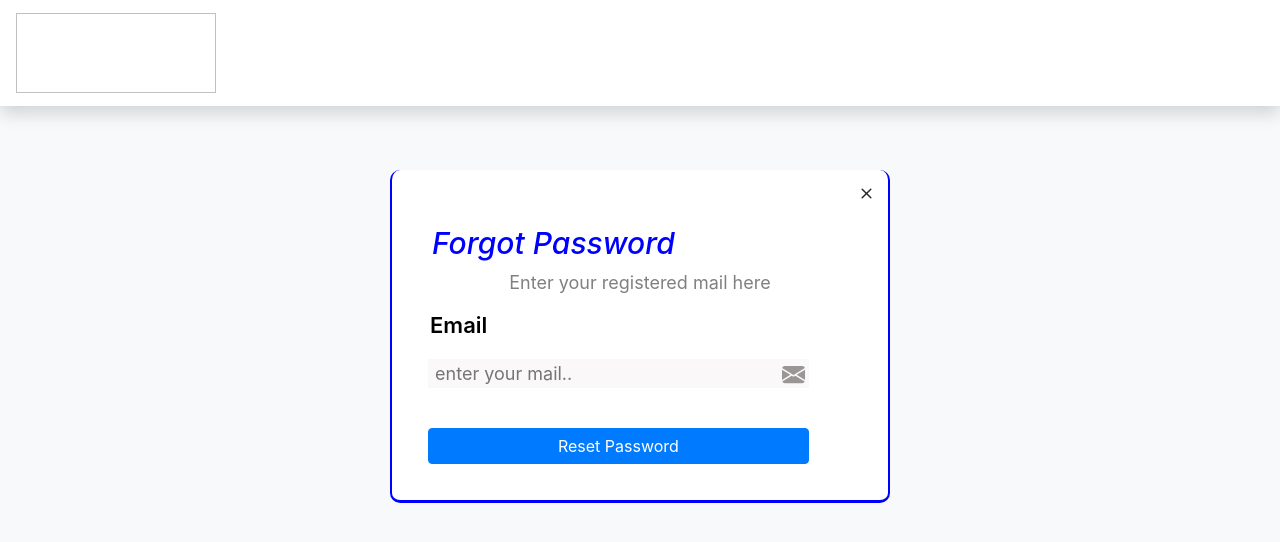
Repository: siri548/Karyakartha
Page: forgotPage.html
These files come from the project's save history. The page is drawn as it stood at one moment and after a run of saves; the edit follows.
The browser window is 1280 px wide. The pictures show the whole page.
Pictures or frames that could not be fetched are drawn as grey boxes.

Above is the page before, as saved 2023-11-05 08:57:09.
Console error (its wording comes from the project's code and is left out).

### forgotPage.html
<!DOCTYPE html>
<html lang="en">

<head>
    <meta charset="UTF-8">
    <meta name="viewport" content="width=device-width, initial-scale=1.0">
    <link rel="stylesheet" href="https://cdn.jsdelivr.net/npm/bootstrap@4.6.2/dist/css/bootstrap.min.css">
    <script src="https://cdn.jsdelivr.net/npm/bootstrap@4.6.2/dist/js/bootstrap.bundle.min.js" integrity="sha384-Fy6S3B9q64WdZWQUiU+q4/2Lc9npb8tCaSX9FK7E8HnRr0Jz8D6OP9dO5Vg3Q9ct" crossorigin="anonymous"></script>
    <script src="https://cdn.jsdelivr.net/npm/jquery@3.5.1/dist/jquery.slim.min.js" integrity="sha384-DfXdz2htPH0lsSSs5nCTpuj/zy4C+OGpamoFVy38MVBnE+IbbVYUew+OrCXaRkfj" crossorigin="anonymous"></script>
    <script src="https://cdn.jsdelivr.net/npm/popper.js@1.16.1/dist/umd/popper.min.js" integrity="sha384-9/reFTGAW83EW2RDu2S0VKaIzap3H66lZH81PoYlFhbGU+6BZp6G7niu735Sk7lN" crossorigin="anonymous"></script>

    <link rel="stylesheet" href="https://fonts.googleapis.com/css?family=Audiowide">

    <link rel="stylesheet" text="css/text" href="forgotPage.css">
</head>

<body>
    <div class="bg-forgotPage bg-light">
        <nav class="navbar navbar-expand-lg navbar-light bg-white shadow">
            <div class="d-none d-md-block">
                <a class="navbar-brand" href="# ">
                    <img src="    " class="logo ">

                </a>
            </div>
            <div class="d-block d-md-none">
                <a class="navbar-brand " href="# ">
                    <svg xmlns="http://www.w3.org/2000/svg " width="23 " height="23 " fill="currentColor " class="bi bi-chevron-left " viewBox="0 0 16 16 ">
                        <path fill-rule="evenodd " d="M11.354 1.646a.5.5 0 0 1 0 .708L5.707 8l5.647 5.646a.5.5 0 0 1-.708.708l-6-6a.5.5 0 0 1 0-.708l6-6a.5.5 0 0 1 .708 0z " />
                    </svg>
                </a>
            </div>
            <button class=" navbar-toggler text-right " type="button " data-toggle="collapse " data-target="#navbarNavAltMarkup " aria-controls="navbarNavAltMarkup " aria-expanded="false " aria-label="Toggle navigation ">
                <span class="navbar-toggler-icon "></span>
            </button>
            <div class="collapse navbar-collapse " id="navbarNavAltMarkup ">
                <div class="navbar-nav ml-auto">
                </div>
            </div>
        </nav>

        <div class="bg-light d-flex justify-content-center mt-5 mb-6 pb-5">
            <div class=" forgotPage-card shadow-none d-none d-md-block mt-3 mb-6 ">
                <div class="text-right ">
                    <svg xmlns="http://www.w3.org/2000/svg " width="23 " height="23 " fill="currentColor " class="bi bi-x " viewBox="0 0 16 16 ">
                        <path d="M4.646 4.646a.5.5 0 0 1 .708 0L8 7.293l2.646-2.647a.5.5 0 0 1 .708.708L8.707 8l2.647 2.646a.5.5 0 0 1-.708.708L8 8.707l-2.646 2.647a.5.5 0 0 1-.708-.708L7.293 8 4.646 5.354a.5.5 0 0 1 0-.708z " />
                    </svg>

                </div>

                <h1 class="forgotHeading text-left ">Forgot Password</h1>
                <div class="text-center ">
                    <p class="forgotPage-para ">Enter your registered mail here</p>
                </div>
                <div>
                    <h1 class="forgotPage-emailHeading ">Email</h1>
                </div>
                <div class="forgotContainer ">
                    <div class="forgotPage-inputContainer ">
                        <input type="text " placeholder=" enter your mail.. " class="forgotPage-input " id="emailInput ">
                        <svg xmlns="http://www.w3.org/2000/svg " width="23 " height="23 " fill="currentColor " class="bi bi-envelope-fill forgotPage-envelopeIcon text-end " viewBox="0 0 16 16 ">
                            <path d="M.05 3.555A2 2 0 0 1 2 2h12a2 2 0 0 1 1.95 1.555L8 8.414.05 3.555ZM0 4.697v7.104l5.803-3.558L0 4.697ZM6.761 8.83l-6.57 4.027A2 2 0 0 0 2 14h12a2 2 0 0 0 1.808-1.144l-6.57-4.027L8 9.586l-1.239-.757Zm3.436-.586L16
            11.801V4.697l-5.803 3.546Z " />
                        </svg>
                    </div>

                    <button class=" btn btn-primary forgotPage-resetButton ">Reset Password</button>

                </div>

            </div>

            <div class="forgotPage-cardsmallDevices shadow d-md-none d-block ">
                <div class="text-right ">
                    <svg xmlns="http://www.w3.org/2000/svg " width="23 " height="23 " fill=" currentColor " class="bi bi-x " viewBox="0 0 16 16 ">
                        <path d="M4.646 4.646a.5.5 0 0 1 .708 0L8 7.293l2.646-2.647a.5.5 0 0 1 .708.708L8.707 8l2.647 2.646a.5.5 0 0 1-.708.708L8 8.707l-2.646 2.647a.5.5 0 0 1-.708-.708L7.293 8 4.646 5.354a.5.5 0 0 1 0-.708z " />
                    </svg>

                </div>

                <h1 class="forgotPageHeadingSmallDevice "> Forgot Password</h1>
                <div class=" text-center ">
                    <p class="forgotPage-para " style="font-size:15px; ">Enter your registered mail here</p>
                </div>
                <div class="forgotContainer ">
                    <h1 class="forgotPage-emailHeadingSmall text-left ">Email</h1>


                    <div class="forgotPage-inputContainer ">
                        <input type="text " placeholder=" enter your mail.. " class="forgotPage-input " id="emailInput1 " style="font-size:14px; ">

                        <svg xmlns="http://www.w3.org/2000/svg " width="16 " height="16 " fill="currentColor " class="bi bi-envelope-fill forgotPage-envelopeIcon text-end " viewBox="0 0 16 16 ">
                            <path d="M.05 3.555A2 2 0 0 1 2 2h12a2 2 0 0 1 1.95 1.555L8 8.414.05 3.555ZM0 4.697v7.104l5.803-3.558L0 4.697ZM6.761 8.83l-6.57 4.027A2 2 0 0 0 2 14h12a2 2 0 0 0 1.808-1.144l-6.57-4.027L8 9.586l-1.239-.757Zm3.436-.586L16
            11.801V4.697l-5.803 3.546Z " />
                        </svg>
                    </div>

                    <button class=" btn btn-primary forgotPage-resetButtonSmall ">Reset Password</button>
                </div>
            </div>
        </div>


        <div class="d-flex justify-content-center d-block d-md-none ">
            <hr class="hrline ">
        </div>
    </div>
</body>

</html>

### forgotPage.css
.bg-forgotpage {
    background-color: lightgrey;
    height: 100vh;
}

.logo {
    background-size: cover;
    width: 200px;
    height: 80px;
}

.forgotPage-card {
    border-radius: 10px;
    padding: 10px;
    background-color: white;
    width: 500px;
    margin-bottom: 300px;
    margin-top: 200px;
}

@media screen and (min-width: 768px) {
    .forgotPage-card {
        margin-top: 150px;
        margin-bottom: 660px;
        border-radius: 10px;
        border-top: 0;
        border-left: 2px solid blue;
        border-right: 2px solid blue;
        margin: 20px;
        border-bottom: 3px solid blue;
    }
}

.forgotPage-closeIcon {
    color: black;
    font-size: 25px;
    padding-right: 10px;
}

.forgotHeading {
    color: blue;
    font-size: 30px;
    padding-left: 30px;
    padding-top: 20px;
    font-style: italic;
}

.karyakartha-tagline {
    color: lightsteelblue;
    font-size: 16px;
}

.forgotPage-para {
    color: grey;
    font-size: 18px;
}

.forgotPage-emailHeading {
    color: black;
    font-weight: 600;
    font-size: 22px;
    padding-left: 20px;
    margin: 8px;
}

.forgotPage-envelopeIcon {
    color: rgb(155, 150, 150);
    font-size: 25px;
    margin-left: 10px;
    margin: 2px;
    margin-top: 4px;
    margin-right: 4px;
}

.forgotPage-inputContainer {
    background-color: rgb(250, 248, 248);
    margin: 20px;
    font-size: 18px;
    display: flex;
    width: 100%;
}

.forgotPage-input {
    background-color: rgb(250, 248, 248);
    border-width: 0px;
    outline: none;
    border: none;
    flex: 1;
}

.forgotPage-resetButton {
    padding: 5px;
    text-align: center;
    width: 100%;
    margin: 20px;
}

.forgotPage-cardsmallDevices {
    background-color: white;
    color: black;
    text-align: center;
    border-radius: 10px;
    margin-top: 50px;
    margin-bottom: 30px;
    font-size: 14px;
    margin-left: 30px;
    margin-right: 30px;
}

.hrline {
    border-width: 2px;
    color: black;
    text-align: center;
    padding-left: 30px;
    margin-top: 20px;
    border-color: black;
    width: 80px;
    padding-bottom: 5px;
    margin-bottom: 6px;
}

.forgotContainer {
    margin: 6px;
    width: 80%;
}

.forgotPageHeadingSmallDevice {
    font-size: 20px;
    color: black;
    margin: 10px;
}

.forgotPage-emailHeadingSmall {
    font-size: 15px;
    font-weight: 500;
    padding-left: 20px;
}

.forgotPage-resetButtonSmall {
    padding: 5px;
    text-align: center;
    margin-left: 20px;
    width: 100%;
    font-size: 14px;
    margin-bottom: 10px;
}

After the next 2 saves:
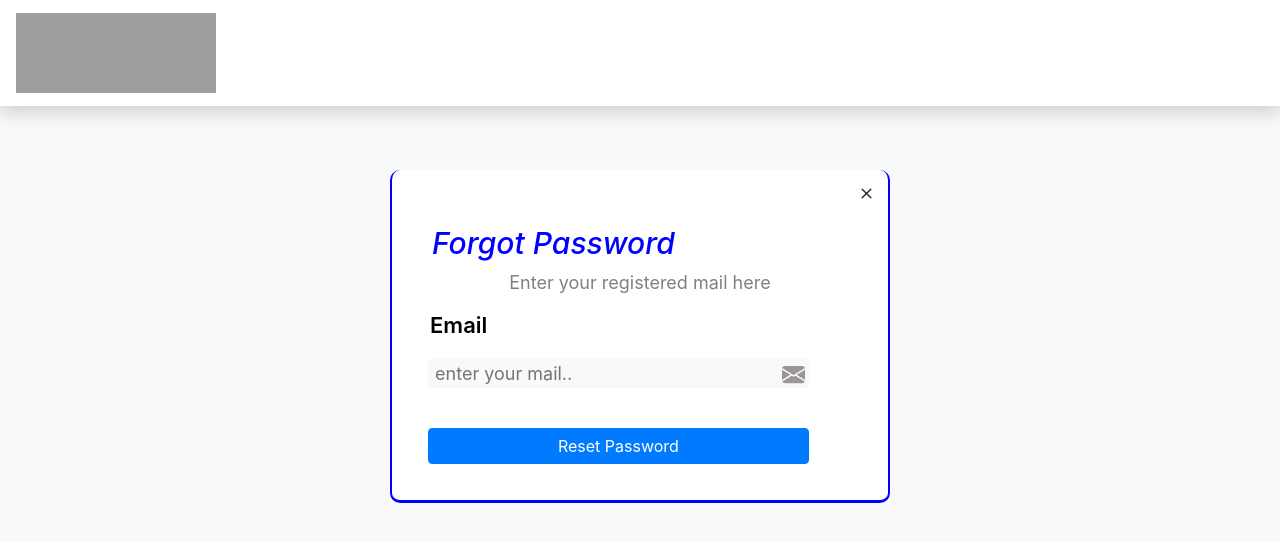
The 2 saves are shown as one change because they came seconds apart.
The last was saved 23 s later.
--- a/forgotPage.html
+++ b/forgotPage.html
@@ -19,7 +19,7 @@
         <nav class="navbar navbar-expand-lg navbar-light bg-white shadow">
             <div class="d-none d-md-block">
                 <a class="navbar-brand" href="# ">
-                    <img src="    " class="logo ">
+                    <img src=" D:\icons\karyakarthalogo1.jpg "   " class="logo ">
 
                 </a>
             </div>
